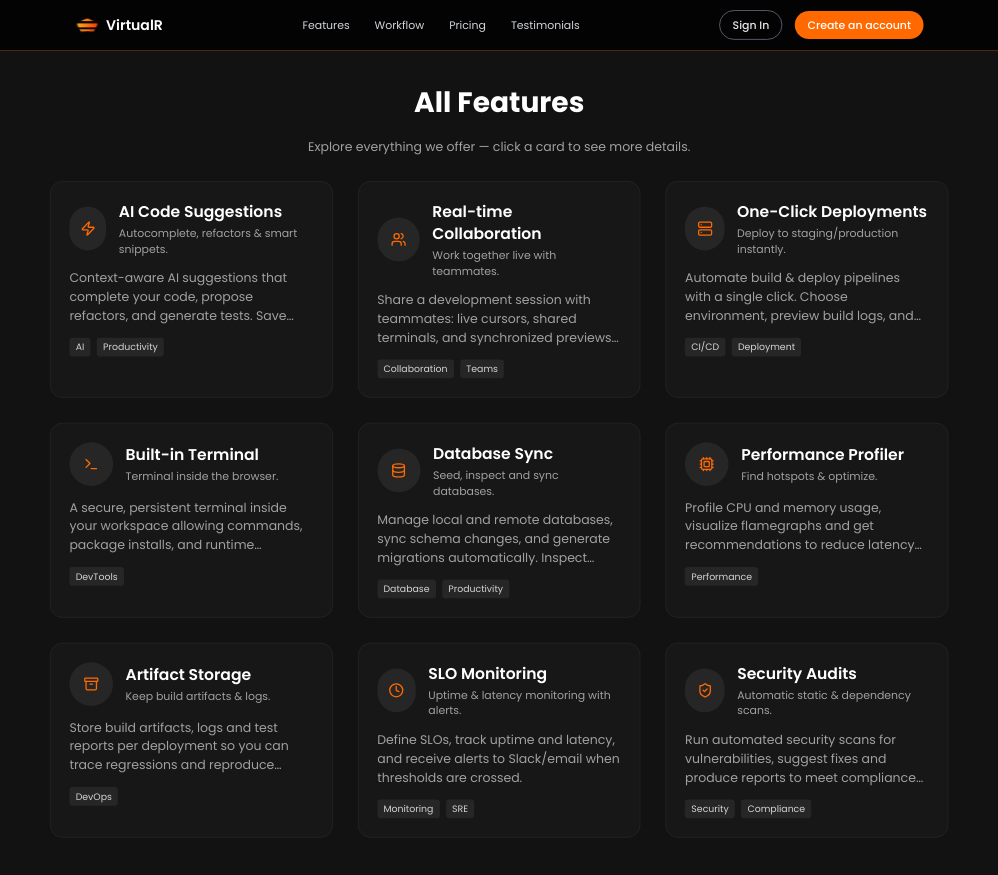
Repository: Khushichugh14/Virtualab
Page: /features
The author's editor kept a copy of each file at every save. The page is drawn from the files as they stood at one save, then again after the next save.
The browser window is 1280 px wide. The pictures show the whole page, at 78% of full size.
The project was rebuilt for these pictures with package versions that can differ from the ones it lists, and the page was loaded fresh each time. Also part of the build but not shown: vite.config.js, src/constants/index.jsx, src/pages/StartFree.jsx, src/pages/Documentation.jsx, src/pages/CreatAccount.jsx, src/pages/SignIn.jsx, src/components/HeroSection.jsx, src/components/FeatureSection.jsx and 6 more. Imported but missing from the stored project, and not drawn on this page: src/assets/video1.mp4, src/assets/video2.mp4.

Above is the page before, as saved 2025-12-11 10:42:26.

After the next save:
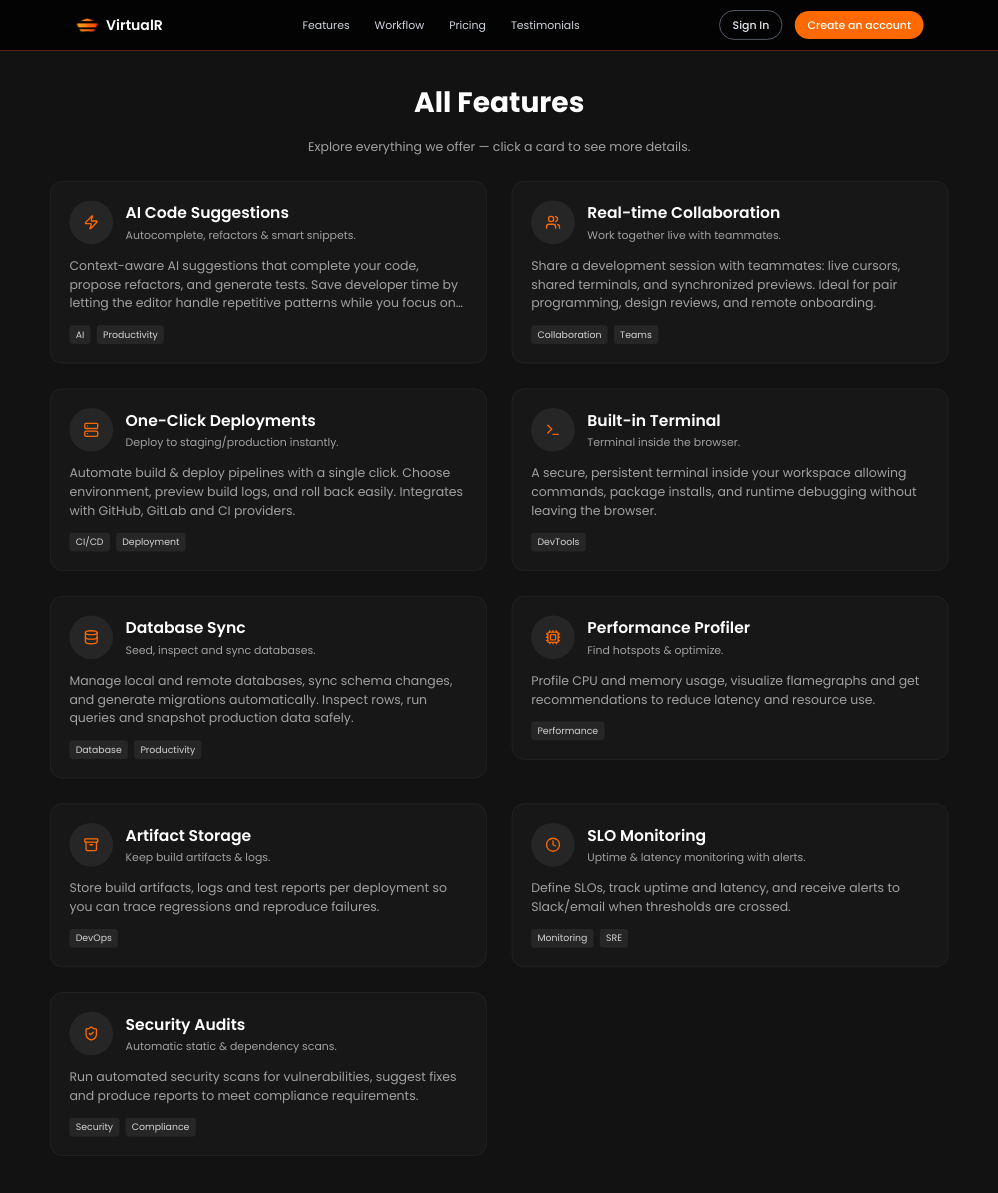
Saved 20 s later.
--- a/src/pages/FeaturePage.jsx
+++ b/src/pages/FeaturePage.jsx
@@ -11,7 +11,7 @@ const FeaturePage = () => {
           Explore everything we offer — click a card to see more details.
         </p>
 
-        <div className="grid grid-cols-1 sm:grid-cols-2 lg:grid-cols-3 gap-8">
+        <div className="mt-8 grid grid-cols-1 lg:grid-cols-2 gap-8 items-start">
           {features.map((f) => (
             <Link to={f.link} key={f.id} className="group block">
               <div className="p-6 rounded-2xl bg-neutral-900 border border-neutral-800 h-full hover:shadow-lg transition">
